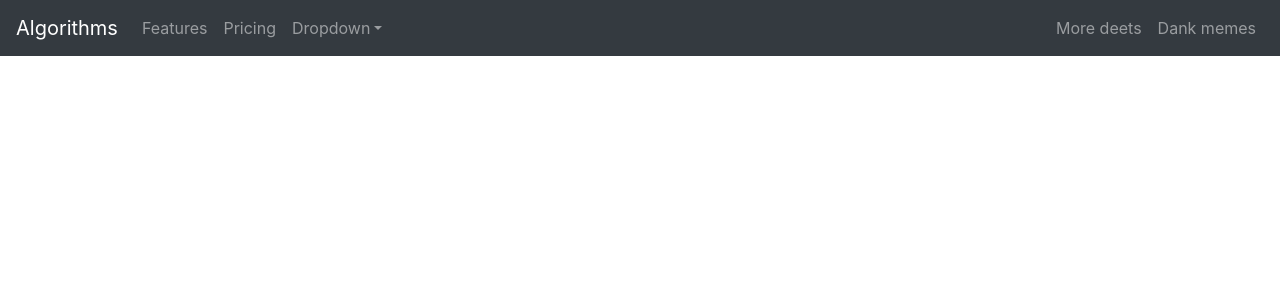
Repository: dkasima1/Algorithm-Visualizations
Page: /
An editor plug-in stored every save of this project. The page is shown before and after the next save, followed by the edit.
The browser window is 1280 px wide. The pictures show the whole page.
The project was rebuilt for these pictures with package versions that can differ from the ones it lists, and the page was loaded fresh each time.

Above is the page before, as saved 2020-06-22 13:17:32.

### src/App.js
import React from 'react';
import { BrowserRouter as Router, Route, Switch } from 'react-router-dom';
import NavigationBar from './components/NavigationBar'
import 'bootstrap/dist/css/bootstrap.min.css';

function App() {
  return (
    <NavigationBar />
  );
}

export default App;

### src/components/NavigationBar.js
import React from 'react';
import { Navbar, Nav, NavDropdown} from 'react-bootstrap';

function NavigationBar() {
    return (
        <div>
            <Navbar collapseOnSelect expand="lg" bg="dark" variant="dark">
                <Navbar.Brand href="#home">Algorithms</Navbar.Brand>
                <Navbar.Toggle aria-controls="responsive-navbar-nav" />
                <Navbar.Collapse id="responsive-navbar-nav">
                    <Nav className="mr-auto">
                    <Nav.Link href="#features">Features</Nav.Link>
                    <Nav.Link href="#pricing">Pricing</Nav.Link>
                    <NavDropdown title="Dropdown" id="collasible-nav-dropdown">
                        <NavDropdown.Item href="#action/3.1">Action</NavDropdown.Item>
                        <NavDropdown.Item href="#action/3.2">Another action</NavDropdown.Item>
                        <NavDropdown.Item href="#action/3.3">Something</NavDropdown.Item>
                        <NavDropdown.Divider />
                        <NavDropdown.Item href="#action/3.4">Separated link</NavDropdown.Item>
                    </NavDropdown>
                    </Nav>
                    <Nav>
                    <Nav.Link href="#deets">More deets</Nav.Link>
                    <Nav.Link eventKey={2} href="#memes">
                        Dank memes
                    </Nav.Link>
                    </Nav>
                </Navbar.Collapse>
            </Navbar>
        </div>
    )
}

export default NavigationBar;

Loaded but not shown: public/index.html (common file); src/index.js (common file); src/index.css (common file); src/serviceWorker.js (common file)

After the next save:
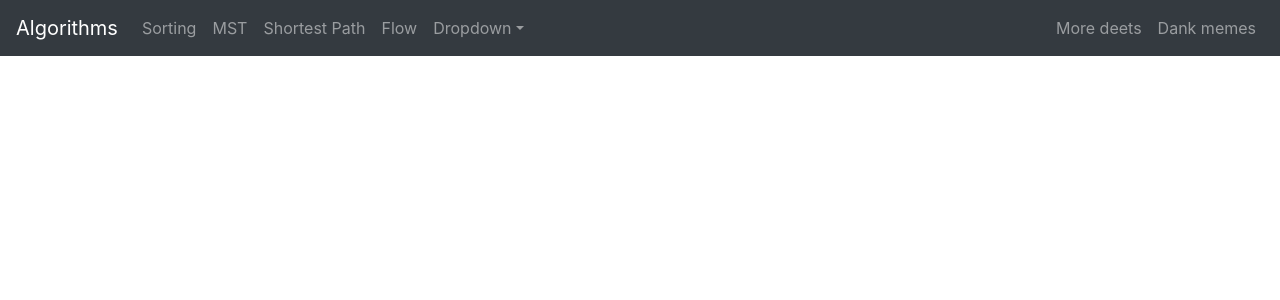
Saved 66 s later.
--- a/src/components/NavigationBar.js
+++ b/src/components/NavigationBar.js
@@ -9,8 +9,10 @@ function NavigationBar() {
                 <Navbar.Toggle aria-controls="responsive-navbar-nav" />
                 <Navbar.Collapse id="responsive-navbar-nav">
                     <Nav className="mr-auto">
-                    <Nav.Link href="#features">Features</Nav.Link>
-                    <Nav.Link href="#pricing">Pricing</Nav.Link>
+                    <Nav.Link href="#features">Sorting</Nav.Link>
+                    <Nav.Link href="#pricing">MST</Nav.Link>
+                    <Nav.Link href="#pricing">Shortest Path</Nav.Link>
+                    <Nav.Link href="#pricing">Flow</Nav.Link>
                     <NavDropdown title="Dropdown" id="collasible-nav-dropdown">
                         <NavDropdown.Item href="#action/3.1">Action</NavDropdown.Item>
                         <NavDropdown.Item href="#action/3.2">Another action</NavDropdown.Item>
